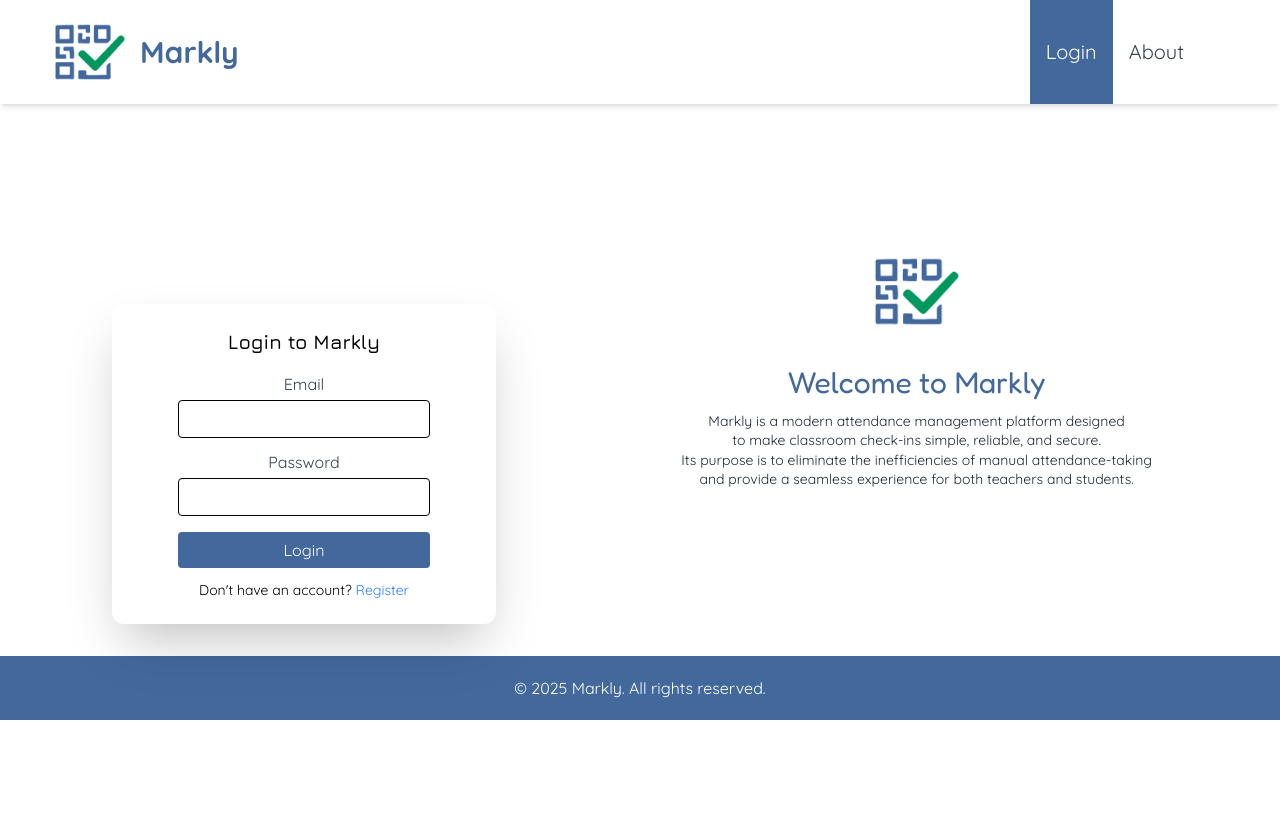
Repository: Mozukie/Markly
Page: /login
An editor plug-in stored every save of this project. The page is shown before and after the next save, followed by the edit.
The browser window is 1280 px wide. The pictures show the whole page.
Some web fonts or font styles are not loaded; a fallback is used. The project was rebuilt for these pictures with package versions that can differ from the ones it lists, and the page was loaded fresh each time. Also part of the build but not shown: vite.config.js, src/pages/NotFound.jsx, src/pages/Home.jsx, src/components/About.jsx, src/pages/Students/studentdashboard.jsx.

Above is the page before, as saved 2025-08-23 22:18:14.

### index.html
<!doctype html>
<html lang="en">
  <head>
    <meta charset="UTF-8" />
    <link rel="icon" type="image/png" href="/icon.png" />
    <meta name="viewport" content="width=device-width, initial-scale=1.0" />
    <style>
    @import url('https://fonts.googleapis.com/css2?family=Fredoka:wght@300..700&family=Gruppo&family=Hepta+Slab:wght@1..900&family=Jura:wght@300..700&family=Poiret+One&family=Quicksand:wght@300..700&display=swap');
    </style>
    <title>Markly</title>
  </head>
  <body>
    <div id="root"></div>
    <script type="module" src="/src/main.jsx"></script>
  </body>
</html>

### src/App.jsx
import './App.css'
import { BrowserRouter as Router, Routes, Route, useLocation } from 'react-router-dom'
import React from 'react'
// eslint-disable-next-line no-unused-vars
import { AnimatePresence, motion } from 'framer-motion'
import NotFound from './pages/NotFound.jsx'
import Home from './pages/Home.jsx'
import Login from './pages/Login.jsx'
import About from './components/About.jsx'
import StudentDashboard from './pages/Students/studentdashboard.jsx'

function AnimatedRoutes() {
  const location = useLocation();
  return (
    <AnimatePresence mode="wait">
      <motion.div
        key={location.pathname}
        initial={{ opacity: 0, y: 20 }}
        animate={{ opacity: 1, y: 0 }}
        exit={{ opacity: 0, y: -20 }}
        transition={{ duration: 0.4 }}
      >
        <Routes location={location}>
          <Route path="/" element={<Home/>} />
          <Route path="*" element={<NotFound/>} />
          <Route path="/login" element={<Login/>} />
          <Route path="/about" element={<About/>} />
          <Route path="/studentdashboard" element={<StudentDashboard/>} />
        </Routes>
      </motion.div>
    </AnimatePresence>
  );
}

function App() {
  return(
    <div>
      <Router>
        <AnimatedRoutes />
      </Router>
    </div>
  )
}

export default App

### src/App.css
@import "tailwindcss";

body, html {
  font-family: "Quicksand", sans-serif;
}

.poiret-one-regular {
  font-family: "Poiret One", sans-serif;
  font-weight: 400;
  font-style: normal;
}
.quicksand {
  font-family: "Quicksand", sans-serif;
  font-weight: 400;
  font-style: normal;
}
.quicksand-bold {
  font-family: "Quicksand", sans-serif;
  font-weight: 700;
  font-style: normal;
}
.fredoka {
  font-family: "Fredoka", sans-serif;
  font-weight: 400;
  font-style: normal;
}
.fredoka-bold {
  font-family: "Fredoka", sans-serif;
  font-weight: 700;
  font-style: normal;
}
.gruppo {
  font-family: "Gruppo", cursive;
  font-weight: 400;
  font-style: normal;
}
.hepta-slab {
  font-family: "Hepta Slab", serif;
  font-weight: 400;
  font-style: normal;
}
.hepta-slab-bold {
  font-family: "Hepta Slab", serif;
  font-weight: 900;
  font-style: normal;
}


.jura-regular {
  font-family: "Jura", sans-serif;
  font-optical-sizing: auto;
  font-weight: 400;
  font-style: normal;
}

.jura-medium {
  font-family: "Jura", sans-serif;
  font-optical-sizing: auto;
  font-weight: 500;
  font-style: normal;
}

.jura-semi-bold {
  font-family: "Jura", sans-serif;
  font-optical-sizing: auto;
  font-weight: 600;
  font-style: normal;
}

/* Fredoka for main titles */
h1, .title {
  font-family: "Fredoka", sans-serif;
}

/* Jura Medium for semi-titles, Login, Register, and subtitles */
.subtitle, .semi-title, .jura-semi-bold
.login-title, .register-title,
h2, h3, h4, h5, h6 {
  font-family: "Jura", sans-serif;
  font-weight: 600;
  font-style: normal;
}

### src/pages/Login.jsx
import React, { useState } from "react";
import Header from "../components/Header.jsx";
import Footer from "../components/Footer.jsx";

export default function Login() {
  const [showRegister, setShowRegister] = useState(false);

  return (
    <>
      <Header isLoggedIn={false} />
      <div className="min-h-screen flex items-center justify-between px-4">
        {/* Login Panel */}
        <div
          className="bg-white p-6 rounded-xl shadow-2xl max-w-sm w-full ml-24 flex flex-col items-center z-20"
          style={{ minWidth: '300px' }}
        >
          <h2 className="text-xl font-bold mb-4 text-center">Login to Markly</h2>
          <form className="w-full flex flex-col items-center">
            <div className="mb-3 w-3/4">
              <label className="block text-gray-700 mb-1 text-center" htmlFor="email">Email</label>
              <input type="email" id="email" className="w-full px-2 py-1.5 border rounded text-center" required />
            </div>
            <div className="mb-4 w-3/4">
              <label className="block text-gray-700 mb-1 text-center" htmlFor="password">Password</label>
              <input type="password" id="password" className="w-full px-2 py-1.5 border rounded text-center" required />
            </div>
            <button type="submit" className="w-3/4 bg-[#43699c] text-white py-1.5 rounded hover:bg-[#365f8a] transition-colors">Login</button>
          </form>
          <p className="mt-3 text-center text-sm">
            Don't have an account?{' '}
            <button
              type="button"
              className="text-blue-500 hover:underline focus:outline-none"
              onClick={() => setShowRegister(true)}
            >
              Register
            </button>
          </p>
        </div>

        {/* Register Panel */}
        <div
          className={`bg-white p-6 rounded-xl shadow-2xl max-w-md w-full mr-24 flex flex-col items-center transition-all duration-500 z-30 mt-13 ${showRegister ? 'opacity-100 translate-x-0' : 'opacity-0 translate-x-8 pointer-events-none'}`}
          style={{ minWidth: '420px', borderTopLeftRadius: '0.75rem', borderBottomLeftRadius: '0.75rem' }}
        >
          <h2 className="text-xl font-bold mb-4 text-center">Register</h2>
          <form className="w-full flex flex-col items-center">
            <div className="mb-3 w-3/4 flex gap-3">
              <div className="w-1/2">
                <label className="block text-gray-700 mb-1 text-center" htmlFor="reg-firstname">First Name</label>
                <input type="text" id="reg-firstname" className="w-full px-2 py-1.5 border rounded text-center" required />
              </div>
              <div className="w-1/2">
                <label className="block text-gray-700 mb-1 text-center" htmlFor="reg-lastname">Last Name</label>
                <input type="text" id="reg-lastname" className="w-full px-2 py-1.5 border rounded text-center" required />
              </div>
            </div>
            <div className="mb-3 w-3/4">
              <label className="block text-gray-700 mb-1 text-center" htmlFor="reg-email">Email</label>
              <input type="email" id="reg-email" className="w-full px-2 py-1.5 border rounded text-center" required />
            </div>
            <div className="mb-3 w-3/4">
              <label className="block text-gray-700 mb-1 text-center" htmlFor="reg-password">Password</label>
              <input type="password" id="reg-password" className="w-full px-2 py-1.5 border rounded text-center" required />
            </div>
            <div className="mb-3 w-3/4">
              <label className="block text-gray-700 mb-1 text-center" htmlFor="confirm-password">Confirm Password</label>
              <input type="password" id="confirm-password" className="w-full px-2 py-1.5 border rounded text-center" required />
            </div>
            <div className="text-sm">
              <input type="checkbox" id="teacher-checkbox" className="mt-3" />
              <label htmlFor="consent" className="text-gray-600 ml-1"> I consent to my data being used for registration purposes.</label>
            </div>
            <button type="submit" className="w-3/4 mt-3 bg-[#43699c] text-white py-1.5 rounded hover:bg-[#365f8a] transition-colors">Register</button>
          </form>
          <button
            type="button"
            className="absolute top-3 right-3 text-gray-500 hover:text-gray-800 text-3xl"
            onClick={() => setShowRegister(false)}
          >
            &times;
          </button>
        </div>
      </div>

      {/* Welcome Section */}
      <div className="fixed right-0 top-1/2 transform -translate-y-1/2 mr-32 flex flex-col items-center">
        <img src="/icon.png" height={120} width={120} className="mb-3" alt="Markly Icon" />
        <div className="text-3xl fredoka font-bold text-[#43699c] text-center">
          Welcome to Markly
        </div>
        <div className="text-center mt-3 text-gray-800 text-sm leading-snug">
          <p>Markly is a modern attendance management platform designed</p>
          <p>to make classroom check-ins simple, reliable, and secure.</p>
          <p>Its purpose is to eliminate the inefficiencies of manual attendance-taking</p>
          <p>and provide a seamless experience for both teachers and students.</p>
        </div>
      </div>
      <Footer />
    </>
  );
}

### src/components/Header.jsx
import { NavLink } from "react-router-dom";

export default function Header() {
  const isLoggedIn = false;
  const isTeacher = false;

  return (
    <header className="header top-0 left-0 right-0 bg-white-100 mr-2 flex justify-between items-center shadow-md h-26 w-full z-100">
      <img src="/icon.png" alt="Logo" className="h-25 w-25 ml-10" />
      {isLoggedIn ? (
        isTeacher ? (
          <div className="container mr-20 flex flex-col md:flex-row justify-between items-center text-[20px] h-full">
            <div className="logo font-bold text-[#43699c] text-[30px] mb-2 md:mb-0">Markly</div>
            <nav className="flex flex-col md:flex-row h-full items-center">
              <NavLink to="/teacherdashboard" className={({ isActive }) => `text-gray-700 px-4 h-full flex items-center  transition-colors duration-200 ${isActive ? "bg-[#43699c] text-white" : "hover:bg-[#43699c] hover:text-white"}`}>
                Dashboard
              </NavLink>
              <NavLink to="/teacherprofile" className={({ isActive }) => `text-gray-700 px-4 h-full flex items-center  transition-colors duration-200 ${isActive ? "bg-[#43699c] text-white" : "hover:bg-[#43699c] hover:text-white"}`}>
                Profile
              </NavLink>
              <NavLink to="/teacherclasses" className={({ isActive }) => `text-gray-700 px-4 h-full flex items-center  transition-colors duration-200 ${isActive ? "bg-[#43699c] text-white" : "hover:bg-[#43699c] hover:text-white"}`}>
                Classes
              </NavLink>
              <NavLink to="/teacherschedule" className={({ isActive }) => `text-gray-700 px-4 h-full flex items-center  transition-colors duration-200 ${isActive ? "bg-[#43699c] text-white" : "hover:bg-[#43699c] hover:text-white"}`}>
                Schedule
              </NavLink>
              <NavLink to="/teacherschedule" className={({ isActive }) => `text-gray-700 px-4 h-full flex items-center  transition-colors duration-200 ${isActive ? "bg-[#43699c] text-white" : "hover:bg-[#43699c] hover:text-white"}`}>
                Schedule
              </NavLink>
              <NavLink to="/logout" className="text-gray-700 px-4 h-full flex items-center  hover:bg-[#43699c] hover:text-white transition-colors duration-200">
                Logout
              </NavLink>
            </nav>
          </div>
        ) : (
          <div className="container mr-20 flex flex-col md:flex-row justify-between items-center text-[20px] h-full">
            <div className="logo font-bold text-[#43699c] text-[30px] mb-2 md:mb-0">Markly</div>
            <nav className="flex flex-col md:flex-row h-full items-center">
              <NavLink to="/studentdashboard" className={({ isActive }) => `text-gray-700 px-4 h-full flex items-center transition-colors duration-200 ${isActive ? "bg-[#43699c] text-white" : "hover:bg-[#43699c] hover:text-white"}`}>
                Dashboard
              </NavLink>
              <NavLink to="/studentprofile" className={({ isActive }) => `text-gray-700 px-4 h-full flex items-center transition-colors duration-200 ${isActive ? "bg-[#43699c] text-white" : "hover:bg-[#43699c] hover:text-white"}`}>
                Profile
              </NavLink>
              <NavLink to="/studentclasses" className={({ isActive }) => `text-gray-700 px-4 h-full flex items-center transition-colors duration-200 ${isActive ? "bg-[#43699c] text-white" : "hover:bg-[#43699c] hover:text-white"}`}>
                Classes
              </NavLink>
              <NavLink to="/logout" className="text-gray-700 px-4 h-full flex items-center  hover:bg-[#43699c] hover:text-white transition-colors duration-200">
                Logout
              </NavLink>
            </nav>
          </div>
        )
      ) : (
        <div className="container mr-20 flex flex-col md:flex-row justify-between items-center text-[20px] h-full">
          <div className="logo font-bold text-[#43699c] text-[30px] mb-2 md:mb-0">Markly</div>
          <nav className="flex flex-col md:flex-row h-full items-center">
            <NavLink to="/login" className={({ isActive }) => `text-gray-700 px-4 h-full flex items-center  transition-colors duration-200 ${isActive ? "bg-[#43699c] text-white" : "hover:bg-[#43699c] hover:text-white"}`}>
              Login
            </NavLink>
            <NavLink to="/about" className={({ isActive }) => `text-gray-700 px-4 h-full flex items-center  transition-colors duration-200 ${isActive ? "bg-[#43699c] text-white" : "hover:bg-[#43699c] hover:text-white"}`}>
              About
            </NavLink>
          </nav>
        </div>
      )}
    </header>
  );
}

### src/components/Footer.jsx
import React from "react";
import { NavLink } from "react-router-dom";


export default function(){
    return(
        <>
        <footer className="bg-[#43699c] text-white h-16 flex items-center justify-center fixed bottom-0 left-0 right-0">
             &copy; 2025 Markly. All rights reserved.
        </footer>
        </>
    )
}

Loaded but not shown: src/main.jsx (common file)

After the next save:
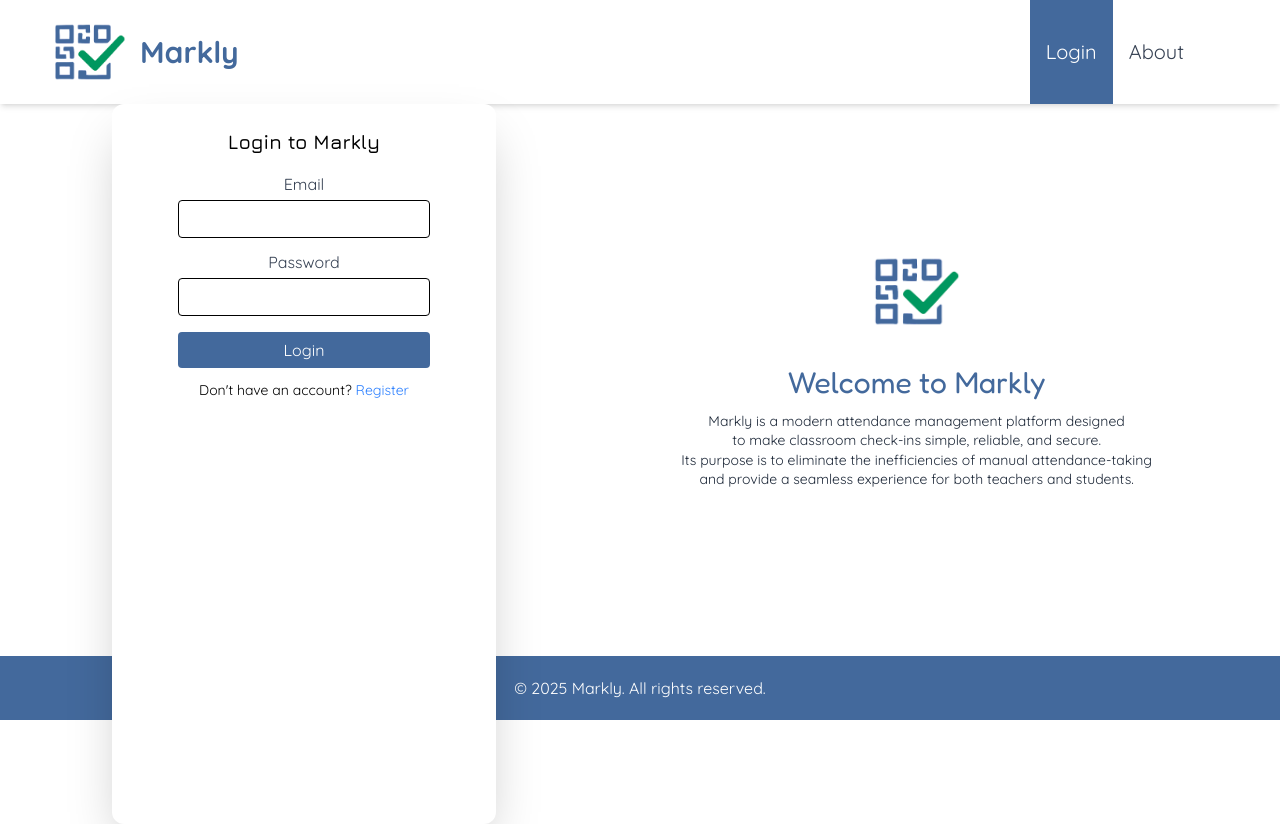
Saved 59 s later.
--- a/src/pages/Login.jsx
+++ b/src/pages/Login.jsx
@@ -8,7 +8,7 @@
   return (
     <>
       <Header isLoggedIn={false} />
-      <div className="min-h-screen flex items-center justify-between px-4">
+      <div className="min-h-screen flex  justify-between px-4">
         {/* Login Panel */}
         <div
           className="bg-white p-6 rounded-xl shadow-2xl max-w-sm w-full ml-24 flex flex-col items-center z-20"

After the save that followed:
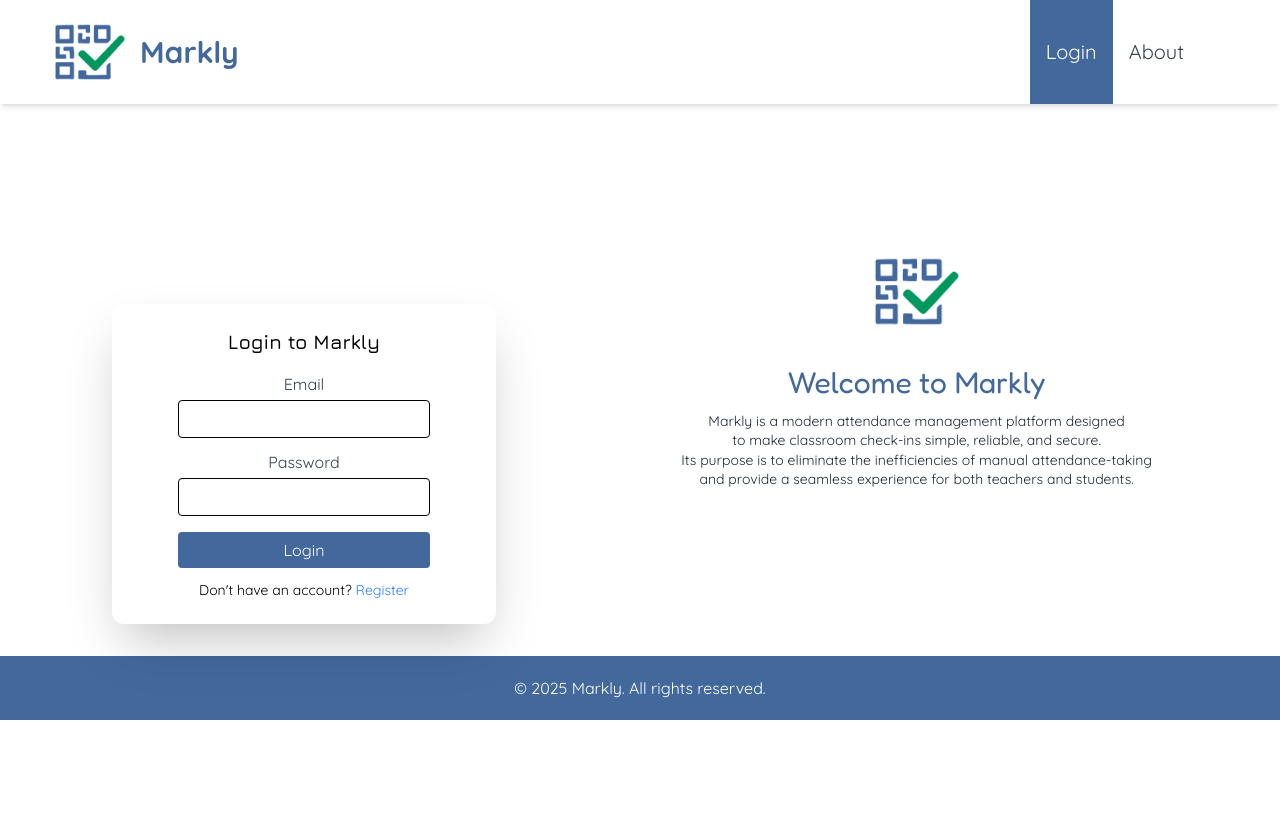
Saved 7 s later.
--- a/src/pages/Login.jsx
+++ b/src/pages/Login.jsx
@@ -8,7 +8,7 @@
   return (
     <>
       <Header isLoggedIn={false} />
-      <div className="min-h-screen flex  justify-between px-4">
+      <div className="min-h-screen flex items-center justify-between px-4">
         {/* Login Panel */}
         <div
           className="bg-white p-6 rounded-xl shadow-2xl max-w-sm w-full ml-24 flex flex-col items-center z-20"
